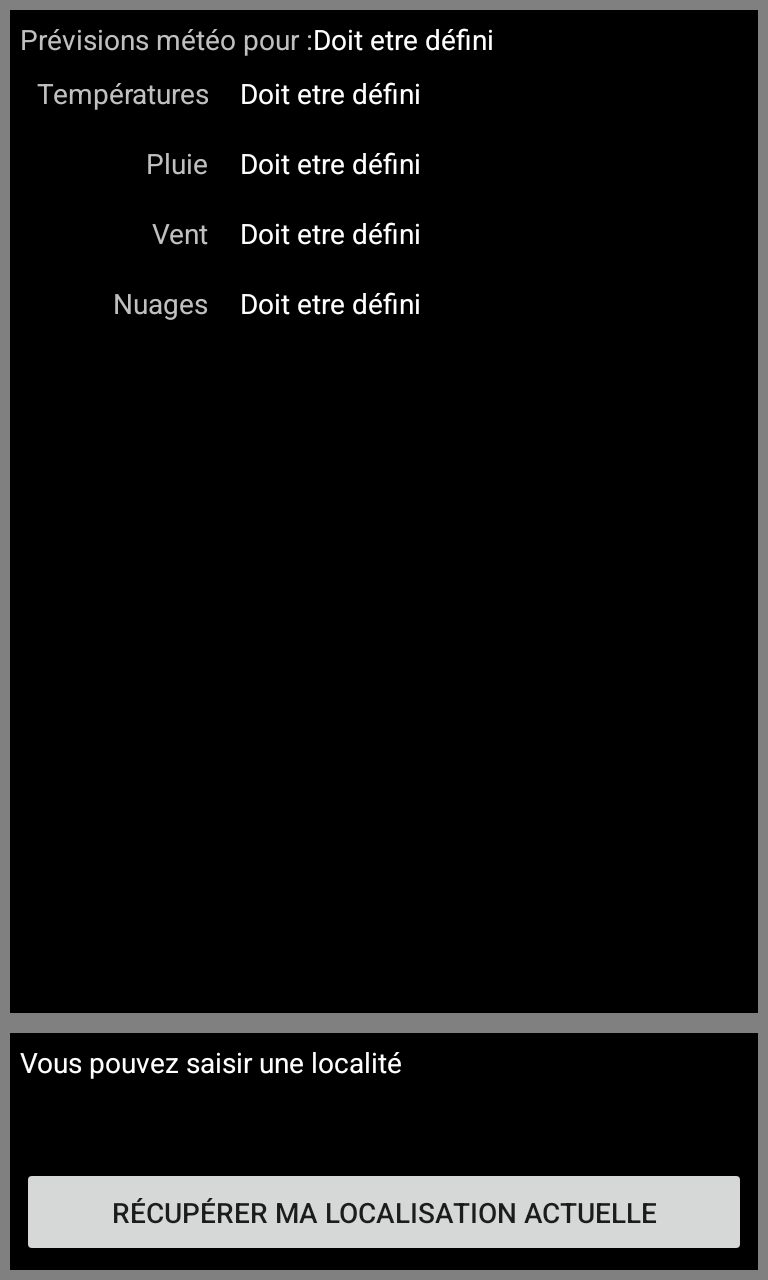
Repository: cpluuuusplus/WhoWantsKitKat
Layout: Appli++/res/layout/activity_meteo_principale.xml
An editor plug-in stored every save of this project. The layout is shown before and after the next save, followed by the edit.
It is drawn on a 768 x 1280 px phone screen (xhdpi) without system bars, with theme Theme.AppCompat.Light; the app's code is not run.

Above is the layout before, as saved 2014-05-09 08:54:27.

After the next save:
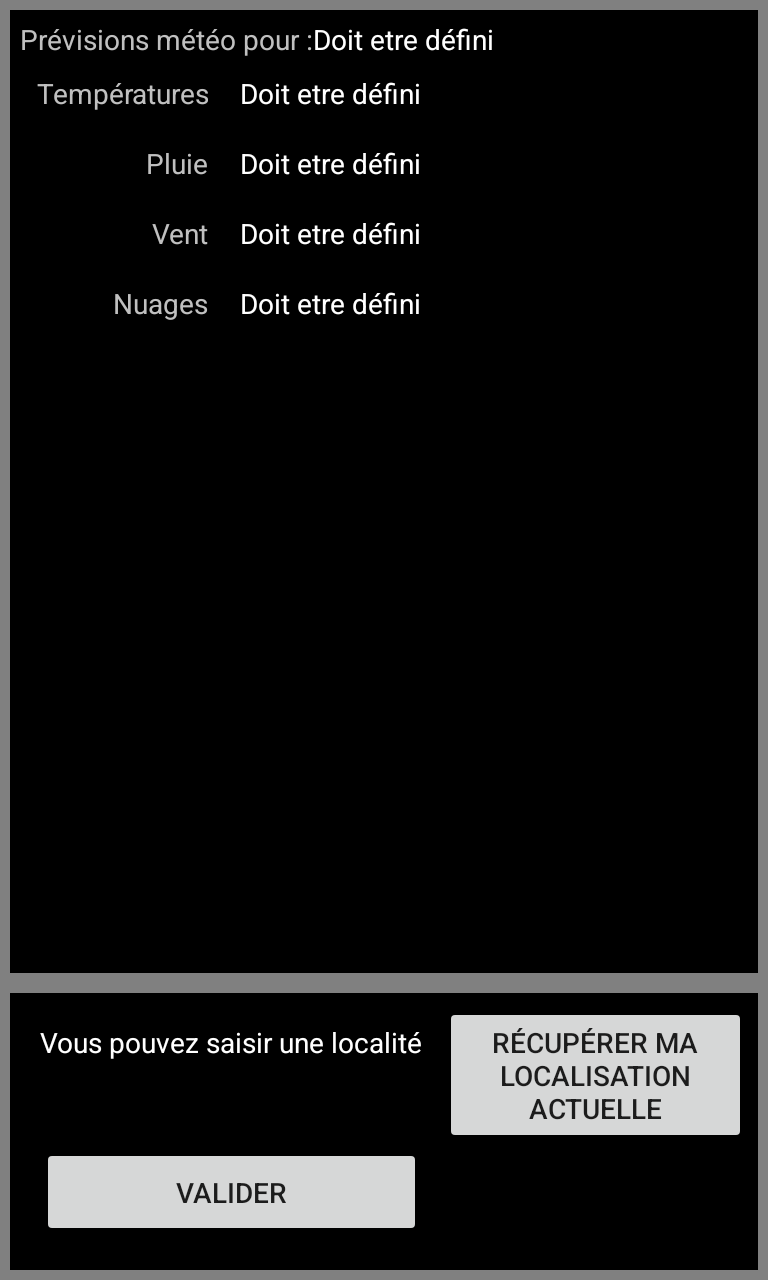
Saved 16 s later.
--- a/Appli++/res/layout/activity_meteo_principale.xml
+++ b/Appli++/res/layout/activity_meteo_principale.xml
@@ -5,7 +5,7 @@
     android:background="@color/gray"
     android:orientation="vertical" >
 
-      <!-- Afficher les  informations météo -->
+    <!-- Afficher les  informations météo -->
 
     <LinearLayout
         android:layout_width="match_parent"
@@ -143,40 +143,56 @@
         </TableLayout>
     </LinearLayout>
 
-
     <!-- Acceder à une localisation -->
 
     <LinearLayout
-        android:layout_width="match_parent"
+        android:layout_width="wrap_content"
         android:layout_height="wrap_content"
         android:layout_margin="5dp"
         android:background="@color/black_color"
-        android:orientation="vertical"
+        android:orientation="horizontal"
         android:paddingBottom="5dp"
         android:paddingLeft="5dp"
         android:paddingRight="5dp"
         android:paddingTop="5dp" >
 
-        <TextView
+        <LinearLayout
             android:layout_width="wrap_content"
             android:layout_height="wrap_content"
-            android:text="@string/desc_saisie_localite"
-            android:textColor="@color/white" />
+            android:layout_margin="5dp"
+            android:background="@color/black_color"
+            android:orientation="vertical"
+            android:paddingBottom="5dp"
+            android:paddingLeft="5dp"
+            android:paddingRight="5dp"
+            android:paddingTop="5dp" >
 
-        <EditText
-            android:id="@+id/meteo_saisie_localite"
-            android:layout_width="match_parent"
-            android:layout_height="wrap_content"
-            android:hint="@string/saisir_localite" />
+            <TextView
+                android:layout_width="wrap_content"
+                android:layout_height="wrap_content"
+                android:text="@string/desc_saisie_localite"
+                android:textColor="@color/white" />
 
-        <Button
-            android:id="@+id/meteo_recuperer_localite"
-            android:layout_width="match_parent"
-            android:layout_height="wrap_content"
-            android:onClick="recupererLocalisationAppareil"
-            android:text="@string/get_localite" />
+            <EditText
+                android:id="@+id/meteo_saisie_localite"
+                android:layout_width="match_parent"
+                android:layout_height="wrap_content"
+                android:hint="@string/saisir_localite" />
+
+            <Button
+                android:id="@+id/meteo_valider_localite"
+                android:layout_width="match_parent"
+                android:layout_height="wrap_content"
+                android:onClick="recupererLocalisationAppareil"
+                android:text="@string/valider_localite" />
+
+        </LinearLayout>
+                    <Button
+                android:id="@+id/meteo_recuperer_localite"
+                android:layout_width="match_parent"
+                android:layout_height="wrap_content"
+                android:onClick="recupererLocalisationAppareil"
+                android:text="@string/get_localite" />
     </LinearLayout>
 
-
-
 </LinearLayout>
